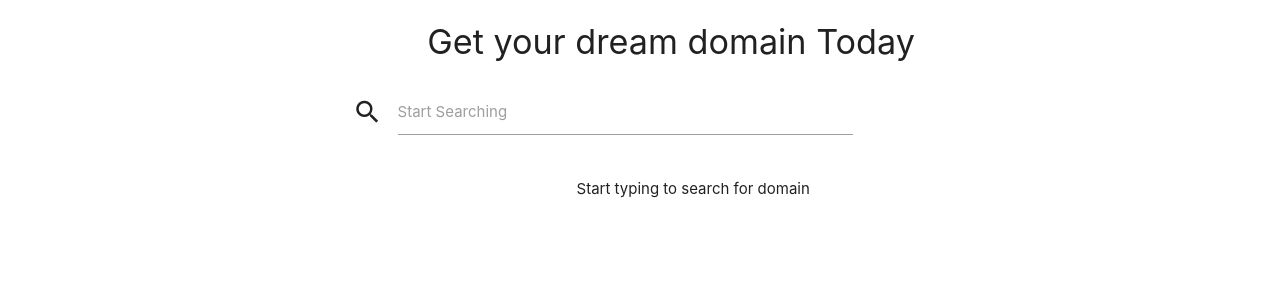
Repository: habib-urrehmaan/domain-name-searcher
Page: / (app in client/)
An editor plug-in stored every save of this project. The page is shown before and after the next save, followed by the edit.
The browser window is 1280 px wide. The pictures show the whole page.
The project was rebuilt for these pictures with package versions that can differ from the ones it lists, and the page was loaded fresh each time.

Above is the page before, as saved 2020-04-17 18:22:06.

After the next save:
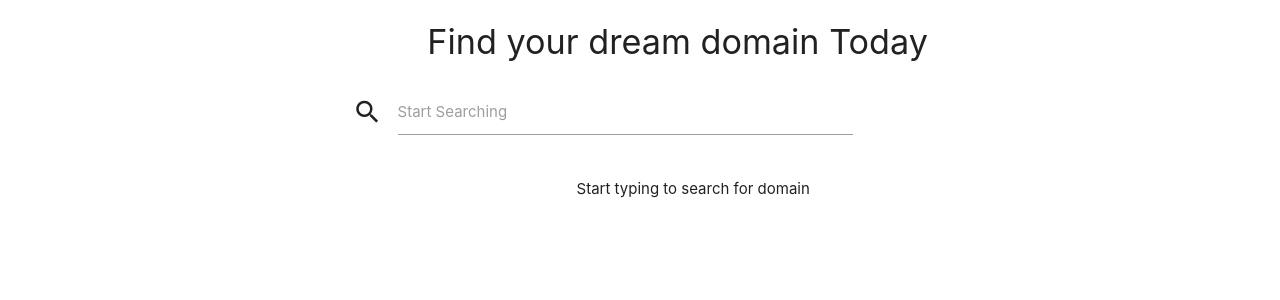
Saved 47 s later.
--- a/client/src/Search.js
+++ b/client/src/Search.js
@@ -29,7 +29,7 @@ class Search extends Component {
             <div>
                 <div className="row">
                     <div className="col offset-s3">
-                        <h4>Get your dream domain Today</h4>
+                        <h4>Find your dream domain Today</h4>
                     </div>
                     <div className="input-field col s7 offset-s2">
                         <i className="material-icons prefix">search</i>
